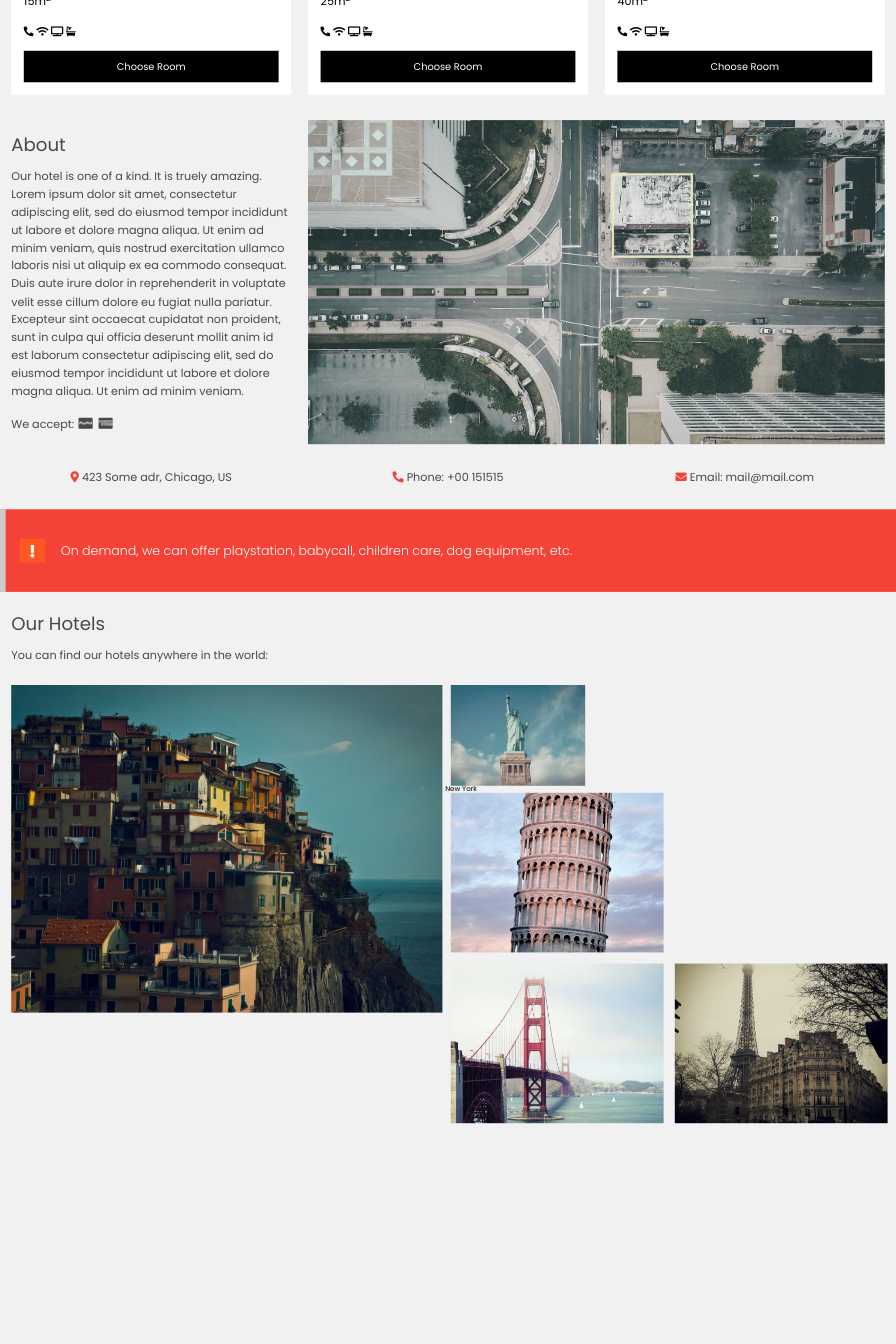
Repository: phamhuuloc/Travel_Template
Page: index.html
The author's editor kept a copy of each file at every save. The page is drawn from the files as they stood at one save, then again after the next save.
The browser window is 1280 px wide. The pictures show the part of the page from y = 1382 to 3302 px (the page is 3302 px tall before and 3292 px after), at 70% of full size.
The style sheet was rebuilt from its Sass, Less or Tailwind sources for each picture, by a compiler version that may differ from the author's.

Above is the page before, as saved 2021-09-18 15:32:35.

After the next save:
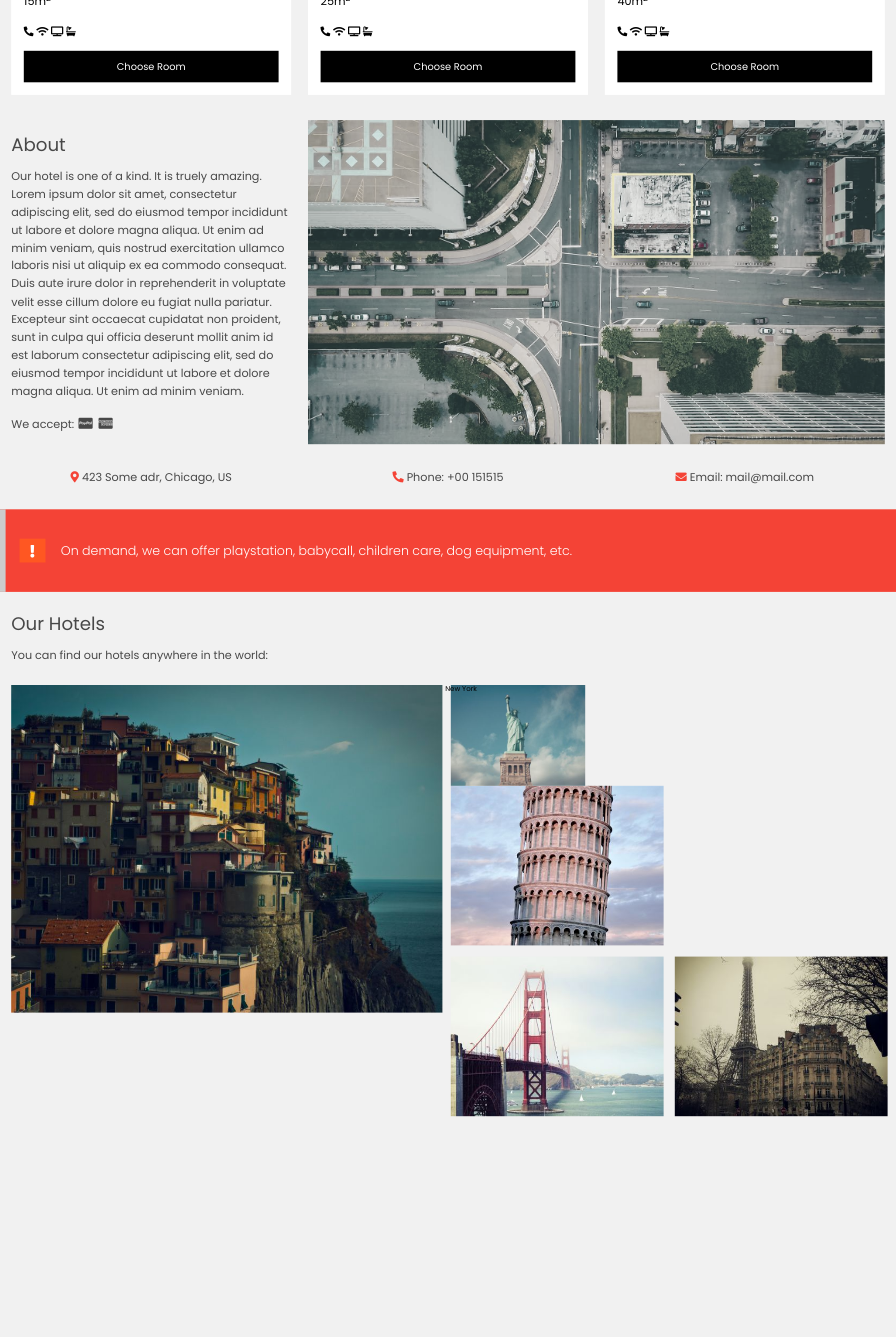
Saved 54 s later.
--- a/index.html
+++ b/index.html
@@ -303,7 +303,7 @@
               <div class="row our-hotels__extend-item">
                 <div class="our-hotels__container">
                   <img src="./assets/img/newyork2.jpg" alt="" class="col l-6" />
-                  <span class="our-hotel__container-name">New York</span>
+                  <span class="our-hotels__container-name">New York</span>
                 </div>
                 <img src="./assets/img/pisa.jpg" alt="" class="col l-6" />
               </div>
